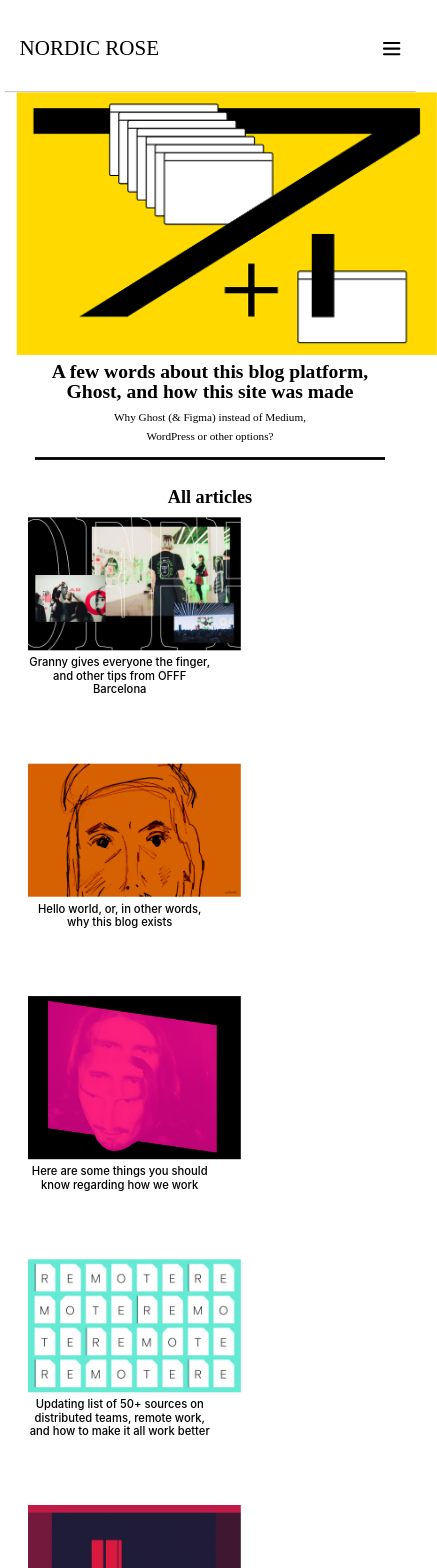
Repository: ThuTrang-jvb/JVB-BT1
Page: Page 2/listing.html
An editor plug-in stored every save of this project. The page is shown before and after the next save, followed by the edit.
The browser window is 600 px wide. The page is 624 px wide, so the pictures cover 624 px, including what lies to the right of the window. The pictures show the part of the page from y = 0 to 2240 px (the page is 3229 px tall), at 70% of full size.

Above is the page before, as saved 2025-06-26 15:14:49.

### Page 2/listing.html
<!DOCTYPE html>
<html lang="en">
<head>
    <meta charset="UTF-8">
    <meta name="viewport" content="width=device-width, initial-scale=1.0">
    <link rel="stylesheet" href="styleListing.css">
    <title>NORDIC ROSE</title>
</head>
<body>
    <div class="header">
        <h1>NORDIC ROSE</h1>
        <div class="nav">
            <p>blog</p>
            <p>about</p>
            <p>links</p>
            <p>projects</p>
        </div>
        <div class="hamburger">
            <span></span>
            <span></span>
            <span></span>
        </div>
    </div>
    <hr>

    <div class="main">
        <div class="title">
            <img src="image/image 2.png" alt="image 2">
            <h1>A few words about this blog platform, Ghost, and how this site was made</h1>
            <p>Why Ghost (& Figma) instead of Medium, <br> WordPress or other options?</p>
            <hr>
        </div>

        <div class="articles">
            <h2>All articles</h2>
            <div class="image_desktop">
                <div class="image">
                    <img src="image/image.png" alt="Rectangle 12">
                    <p>Here are some things you should know regarding how we work </p>
                </div>
                <div class="image">
                    <img src="image/image1.png" alt="Rectangle 13">
                    <p>Granny gives everyone the finger, and other tips from OFFF Barcelona</p>
                </div>
                <div class="image">
                    <img src="image/image2.png" alt="Rectangle 13" >
                    <p>Hello world, or, in other words, why this blog exists </p>
                </div>
                <div class="image">
                    <img src="image/image3.png" alt="Rectangle 12">
                    <p>Here are some things you should know regarding how we work  </p>
                </div>
                <div class="image">
                    <img src="image/image4.png" alt="Rectangle 14">
                    <p>Connecting artificial intelligence with digital product design</p>
                </div>
                <div class="image">
                    <img src="image/image5.png" alt="Rectangle 15">
                    <p>It’s all about finding the perfect balance </p>
                </div>
                <div class="image">
                    <img src="image/image6.png" alt="Rectangle 12">
                    <p>I believe learning is the most important skill</p>
                </div>
                <div class="image">
                    <img src="image/image7.png" alt="Rectangle 13">
                    <p>Clients are part of the team</p>
                </div>
                <div class="image">
                    <img src="image/image8.png" alt="Rectangle 19">
                    <p>Clients are part of the team</p>
                </div>
                <div class="image">
                    <img src="image/image9.png" alt="Rectangle 17">
                    <p>Here are some things you should know regarding how we work </p>
                </div>
                <div class="image">
                    <img src="image/image10.png" alt="Rectangle 16">
                    <p>Connecting artificial intelligence with digital product design</p>
                </div>
                <div class="image">
                    <img src="image/image11.png" alt="Rectangle 18">
                    <p>How modern remote working tools get along with Old School Cowboy's methods</p>
                </div>
            </div>
            <div class="image_mobile">
                <div class="image">
                    <img src="image/image1.png" alt="Rectangle 13">
                    <p>Granny gives everyone the finger, and other tips from OFFF Barcelona</p>
                </div>
                <div class="image">
                    <img src="image/image2.png" alt="">
                    <p>Hello world, or, in other words, why this blog exists</p>
                </div>
                <div class="image">
                    <img src="image/image.png" alt="">
                    <p>Here are some things you should know regarding how we work </p>
                </div>
                <div class="image">
                    <img src="image/image12.png" alt="Retangle 39">
                    <p>Updating list of 50+ sources on distributed teams, remote work, and how to make it all work better</p>
                </div>
                <div class="image">
                    <img src="image/image13.png" alt="Rectangle 37">
                    <p>A few words about this blog platform, Ghost, and how this site was made</p>
                </div>
                <div class="image">
                    <img src="image/image11.png" alt="">
                    <p>How modern remote working tools get along with Old School Cowboy's methods</p>
                </div>
            </div>
        </div>
    </div>
    <div class="footer">
        <div class="line">
            <span class="bold">Digital product design</span>
            <span>Remote work</span>
            <span class="bold">UX design</span>
            <span>Distributed teams</span>
            <span class="bold">Creativity</span>
            <span>Strategy</span>
            <span class="bold">Suspense</span>
            <span>Growth</span>

        </div>
        <p class="logo">NORDIC ROSE</p>
        <p class="para">Lorem ipsum dolor sit amet, consectetur adipiscing elit. Duis eu velit tempus erat egestas efficitur. In hac habitasse platea dictumst. Fusce a nunc eget ligula suscipit finibus. </p>
        <div class="info">
            <p>Twitter</p>
            <p>LinkedIn</p>
            <p>RSS</p>
        </div>
        <p class="year">© 2012–2020 Nordic Rose Co. All rights reserved. </p>
    </div>
</body>
</html>

### Page 2/styleListing.css

.header {
    width: 100%;
    max-width: 1440px;
    height: auto;
    box-sizing: border-box;
    justify-content: space-between;
    align-items: center;
    display: flex;
    gap: 476.59px;
    padding: 52.54px 61px 40px 63.58px;
}
.header h1 {
    font-weight: 400;
    font-size: 30px;
}
.hamburger {
  display: none;
  flex-direction: column;
  gap: 5px;
  cursor: pointer;
}

.hamburger span {
  width: 25px;
  height: 3px;
  background-color: black;
  display: block;
  border-radius: 2px;
}
hr {
    width: 100%;
    margin: 0;
}
.nav {
    font-family: New York Small;
    font-weight: 500;
    font-size: 20px;
    line-height: 170%;
    letter-spacing: 12%;
    text-align: center;
    text-transform: uppercase;
    display: flex;
    gap: 34px;
    padding-top: 6.46px ;
}
.main {
    padding: 76px 293px 0;
}

.title img {
    width: 854px;
    height: 533px;
    align-items: center;
}
.title h1 {
    font-family: New York Extra Large;
    font-weight: 700;
    font-size: 54px;
    line-height: 100%;
    letter-spacing: 0%;
    text-align: center;
    max-width: 858px;
}
.title p {
    font-family: SF Mono;
    font-weight: 400;
    font-size: 20px;
    line-height: 170%;
    letter-spacing: 0%;
    text-align: center;
    margin-left: 131px;
    max-width: 592px;

}
.title hr {
    border: 2px solid #000000;
    width: 640px;
    margin-left: 107px;
}
.articles h2 {
    font-family: New York Extra Large;
    font-weight: 700;
    font-size: 44px;
    line-height: 100%;
    letter-spacing: 0%;
    text-align: center;
    max-width: 225px;
    padding-left: 315px;
    padding-top: 64px;
    padding-bottom: 39px;
    margin: 0;
}
.image_desktop img{
    width: 304px;
    height: 176px;
    padding-bottom: 20px;
}
.image_desktop {
    display: grid;
    grid-template-columns: repeat(2, 0fr);
    padding-left: 109px;
    gap: 28px;
}
.image p {
    max-width: 262px;
    padding-bottom: 64px;
    font-family: SF Pro Display;
    font-weight: 500;
    font-size: 22px;
    line-height: 120%;
    text-align: center;
    margin: 0;
}
.image {
    max-width: 304px;
}
.image_mobile {
    display: none;
}
.footer {
    background-color: #000000;
    color: white;
    text-align: center;
    padding-bottom:32px;
}
.bold {
    font-weight: 800;
}
.line {
      font-family: SF Pro Text;
      font-size: 20px;
      color: #fff;
      text-transform: uppercase;
      display: inline-flex;
      flex-wrap: nowrap;
      justify-content: center;
      line-height: 28px;
      max-width: 100%;
      overflow: hidden;
      letter-spacing: 2.8px;
      white-space: nowrap;
      padding-bottom: 105.12px;
}
.line span {
    margin-right: 5px;
}
.footer h1 {
    padding-bottom: 25.58px;
}
.para {
    font-family: New York Small;
    font-weight: 400;
    font-size: 16px;
    line-height: 140%;
    letter-spacing: 0%;
    text-align: center;
    max-width: 488px;
    padding-left: 476px;
    padding-bottom: 32px;
    margin: 0;
}
.info {
    display: flex;
    justify-content: space-between;
    align-items: center;
    max-width: 209px;
    padding-left: 616px;
    padding-bottom: 64px;
}

.info p {
    margin: 0;
    font-family: SF Pro Text;
    font-weight: 500;
    font-size: 16px;
    line-height: 170%;
    text-decoration: underline;
    gap: 28px;
}
.logo {
    margin: 0;
    font-weight: 400;
    font-size: 30px;
    padding-bottom: 25.58px;
}
.footer .year {
    max-width: 178px;
    padding-left: 630px;
}
@media screen and (max-width: 767px) {
    .header {
        padding: 24px 20px;
        gap: 0;
    }

    .nav {
        display: none;
    }

    .hamburger {
        display: flex;
    }

    .main {
        padding: 0 16px;
    }

    .title img {
        width: 100vw;
        height: auto;
        display: block;
        margin: 0 0;
    }

    .title h1 {
        font-size: 28px;
        max-width: 100%;
        text-align: center;
        padding: 10px;
        margin: 0 auto;
    }

    .title p {
        font-size: 16px;
        max-width: 90%;
        margin: 0 auto 10px;
        text-align: center;
    }

    .title hr {
        width: 90%;
        margin: 16px auto;
    }

    .articles h2 {
        font-size: 26px;
        padding: 24px 0 16px;
        max-width: 100%;
        padding-left: 0;
    }

    .image_desktop {
        display: none;
    }

    .image_mobile {
        display: block;
        width: 100%;
        padding: 0 16px;
    }

    .image_mobile .image {
        margin-bottom: 32px;
    }

    .image_mobile img {
        width: 100%;
        height: auto;
        display: block;
        margin: 0 auto;
        align-items: center;
        justify-content: center;
    }

    .image_mobile p {
        font-size: 16px;
        text-align: center;
        padding-top: 8px;
    }

    .line {
        flex-wrap: wrap;
        font-size: 14px;
        line-height: 24px;
        padding-bottom: 32px;
        justify-content: center;
    }

    .line span {
        font-size: 14px;
        padding: 4px 8px;
    }

    .logo {
        font-size: 20px;
        padding-bottom: 16px;
    }

    .para {
        font-size: 14px;
        padding: 0 20px 24px;
        margin: 0 auto;
        max-width: 90%;
    }

    .info {
        justify-content: center;
        gap: 16px;
        font-size: 14px;
        padding: 0 0 24px;
        max-width: 100%;
    }

    .footer .year {
        font-size: 12px;
        padding: 0 16px;
    }
}

After the next save:
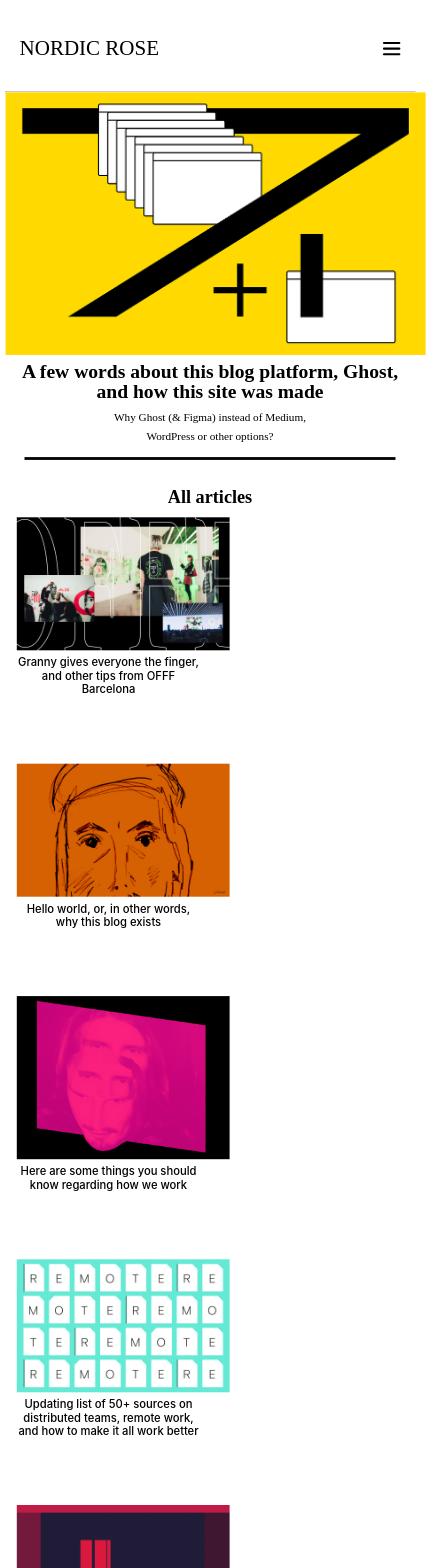
Saved 18 s later.
--- a/Page 2/styleListing.css
+++ b/Page 2/styleListing.css
@@ -203,7 +203,7 @@ hr {
     }
 
     .main {
-        padding: 0 16px;
+        padding: 0 ;
     }
 
     .title img {
